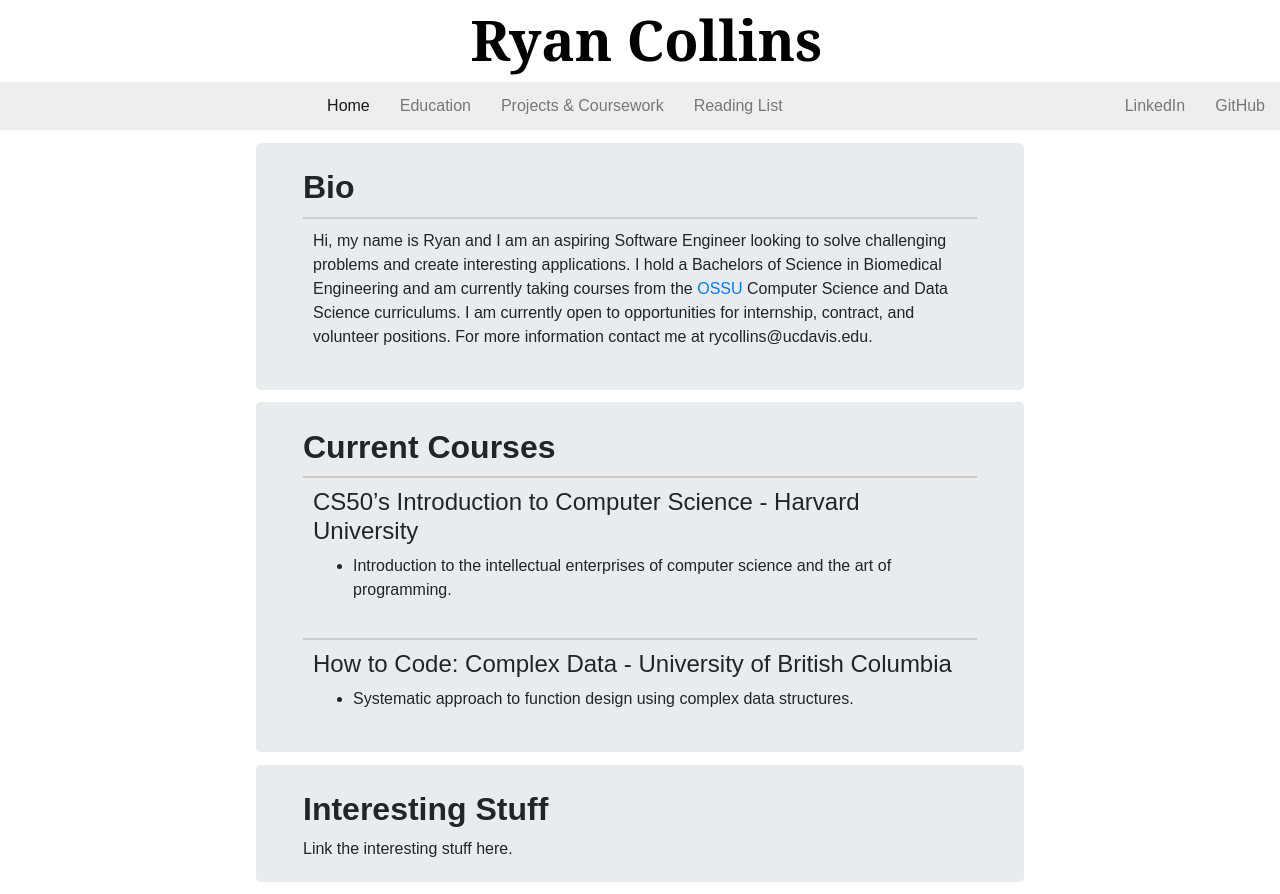
Repository: RyanMCollins/cs50
Page: pset5/homepage/home.html
The author's editor kept a record of every edit. The page is drawn from the files as they stood at one moment, then again after the next edit.
The browser window is 1280 px wide. The pictures show the whole page.

Above is the page before.

### pset5/homepage/home.html
<!DOCTYPE html>

<html lang="en">
    <head>
        <meta name="viewport" content="width=device-width, initial-scale=1, shrink-to-fit=no">
        <script src="https://code.jquery.com/jquery-3.3.1.slim.min.js" integrity="sha384-q8i/X+965DzO0rT7abK41JStQIAqVgRVzpbzo5smXKp4YfRvH+8abtTE1Pi6jizo" crossorigin="anonymous"></script>
        <script src="https://cdnjs.cloudflare.com/ajax/libs/popper.js/1.14.3/umd/popper.min.js" integrity="sha384-ZMP7rVo3mIykV+2+9J3UJ46jBk0WLaUAdn689aCwoqbBJiSnjAK/l8WvCWPIPm49" crossorigin="anonymous"></script>
        <script src="https://stackpath.bootstrapcdn.com/bootstrap/4.1.3/js/bootstrap.min.js" integrity="sha384-ChfqqxuZUCnJSK3+MXmPNIyE6ZbWh2IMqE241rYiqJxyMiZ6OW/JmZQ5stwEULTy" crossorigin="anonymous"></script>
        <link href="https://stackpath.bootstrapcdn.com/bootstrap/4.1.3/css/bootstrap.min.css" rel="stylesheet">
        <link href="styles.css" rel="stylesheet">
        <title>Homepage</title>
    </head>
    <body>
        <h1 id="site-title">
            <a href="/index">
                Ryan Collins
            </a>
        </h1>
        <nav class="navbar navbar-expand-lg navbar-light">
            <button class="navbar-toggler" type="button" data-toggle="collapse" data-target="#navbarSupportedContent"
            aria-controls="navbarSupportedContent" aria-expanded="false" aria-label="Toggle navigation">
                <span class="navbar-toggler-icon"></span>
            </button>

            <div class="collapse navbar-collapse d-flex justify-content-between" id="navbarSupportedContent">
                <div class="flex-even"></div>
                <div class="flex-even">
                    <ul class="navbar-nav" id="navbar-internal-links">
                      <li class="nav-item active">
                        <a class="nav-link" href="/home">Home<span class="sr-only">(current)</span></a>
                      </li>
                      <li class="nav-item">
                        <a class="nav-link" href="/education">Education<span class="sr-only">(current)</span></a>
                      </li>
                      <li class="nav-item">
                        <a class="nav-link" href="/projects">Projects & Coursework<span class="sr-only">(current)</span></a>
                      </li>
                      <li class="nav-item">
                        <a class="nav-link" href="/readlist">Reading List<span class="sr-only">(current)</span></a>
                      </li>
                    </ul>
                </div>
                <div class="flex-even">
                    <ul class="navbar-nav" id="navbar-external-links">
                      <li class="nav-item">
                        <a class="nav-link" href="https://linkedin.com/in/ryancollins2020">LinkedIn<span class="sr-only">(current)</span></a>
                      </li>
                      <li class="nav-item">
                        <a class="nav-link" href="https://github.com/RyanMCollins">GitHub<span class="sr-only">(current)</span></a>
                      </li>
                    </ul>
                </div>
            </div>
        </nav>
        <div class="jumbotron">
            <div class="container">
                <h2  class="main-header">
                    Bio
                </h2>
                <div class="sub-division">
                    <p>
                        Hi, my name is Ryan and I am an aspiring Software Engineer looking to solve challenging problems and create interesting
                        applications. I hold a Bachelors of Science in Biomedical Engineering and am currently taking courses from the
                        <a href="https://github.com/ossu">OSSU</a> Computer Science and Data Science curriculums. I am currently open to
                        opportunities for internship, contract, and volunteer positions. For more information contact me at
                        rycollins@ucdavis.edu.
                    </p>
                </div>
            </div>
        </div>
        <div class="jumbotron">
            <div class="container">
                <h2  class="main-header">
                    Current Courses
                </h2>
                <div class="sub-division">
                    <h4>
                        CS50’s Introduction to Computer Science - Harvard University
                    </h4>
                    <ul>
                        <li>
                            Introduction to the intellectual enterprises of computer science and the art of programming.
                        </li>
                    </ul>
                </div>
                <div class="sub-division">
                    <h4>
                        How to Code: Complex Data - University of British Columbia
                    </h4>
                    <ul>
                        <li>
                            Systematic approach to function design using complex data structures.
                        </li>
                    </ul>
                </div>
            </div>
        </div>
        <div class="jumbotron">
            <div class="container">
                <h2  class="main-header">
                    Interesting Stuff
                </h2>
                <!-- TODO -->
                <p>
                    Link the interesting stuff here.
                </p>
            </div>
        </div>
    </body>
</html>

### pset5/homepage/styles.css
body {
    font-size: 14;
    font-family: "Arial";
    min-height: 100vh;
}

#site-title {
    text-align: center;
    font-size: 350%;
    font-family: "Georgia";
    font-weight: bold;
    color: #000000;
    padding-left: 1%;
    padding-bottom: .7%;
    padding-top: .45%;
    margin: 0;
}

@media  screen and (max-width: 368px) {
    #site-title {
        font-size: 200%;
    }
}

#site-title a {
    color: inherit;
    text-decoration: none;
}

.navbar {
    padding: 0;
    /*padding: 0 1%;*/
    background-color: #eee;
}

.flex-break.flex-small {
    flex: 1;
}

.flex-break.flex-large {
    flex: 2;
}

@media  screen and (max-width: 990px) {
    .flex-break.flex-large, .flex-break.flex-small {
        justify-content: flex-start!important;
    }
}

.nav-item {
    padding: 0 5px;
    margin: 4px 2px;
}

.jumbotron {
    margin: 1% 20%;
    padding-top: 2%;
    padding-bottom: 5px;
}

.main-header {
    font-size: 200%;
    font-weight: bold;
}

.sub-division {
    border-top: solid #cccccc 2px;
    margin-top: 10px;
    margin-bottom: 10px;
    padding: 10px;
}

.sub-division-header {
    display: flex;
    padding-bottom: 15px;
}

.sub-division-title {
    font-size: 24px;
    float: left;
    margin-bottom: 0px;
    margin-top: auto;
}

.sub-division-appendice {
    font-size: 18px;
    margin-bottom: 0px;
    margin-top: auto;
}

.sub-division-appendice.date {
    margin-right: 0px;
    margin-left: auto;
}

.sub-division-author {
    font-size: 20px;
    padding-bottom: 10px;
}

After the next edit:
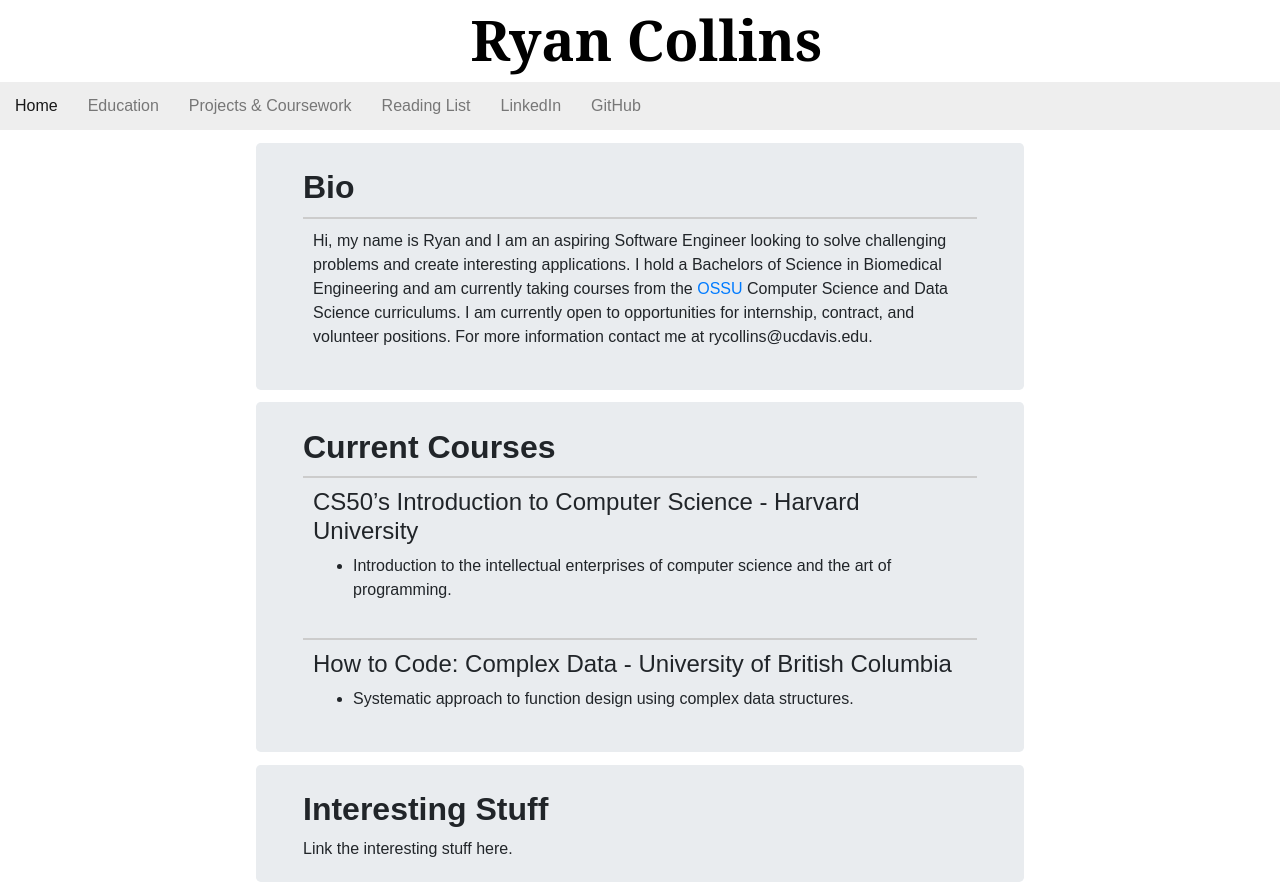
The edit:
--- a/pset5/homepage/home.html
+++ b/pset5/homepage/home.html
@@ -22,7 +22,7 @@
                 <span class="navbar-toggler-icon"></span>
             </button>
 
-            <div class="collapse navbar-collapse d-flex justify-content-between" id="navbarSupportedContent">
+            <div class="collapse navbar-collapse" id="navbarSupportedContent">
                 <div class="flex-even"></div>
                 <div class="flex-even">
                     <ul class="navbar-nav" id="navbar-internal-links">
